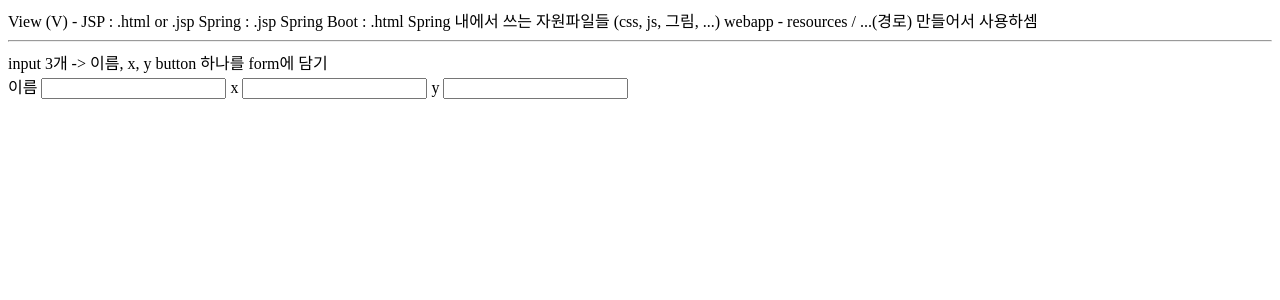
Repository: moondolph/SKKU_IT_Education
Page: http://localhost/Sep30_2_SpringMVC/WEB-INF/views/index.jsp
The author's editor kept a copy of each file at every save. The page is drawn from the files as they stood at one save, then again after the next save.
The browser window is 1280 px wide. The pictures show the whole page.
The page is served by Tomcat 9. Nobody is signed in. The template is opened directly, without the code that normally fills it, so the values that code supplies are empty.

Above is the page before, as saved 2022-09-30 01:50:47.

After the next save:
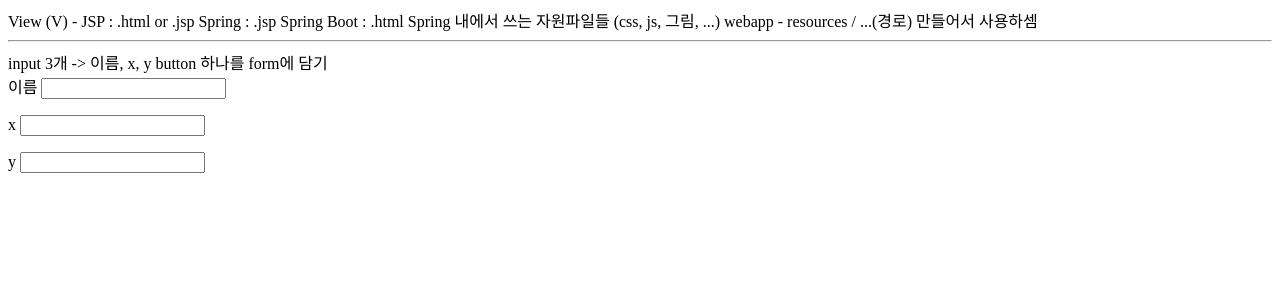
Saved 11 s later.
--- a/Sep30_2_SpringMVC/src/main/webapp/WEB-INF/views/index.jsp
+++ b/Sep30_2_SpringMVC/src/main/webapp/WEB-INF/views/index.jsp
@@ -18,9 +18,9 @@
 	input 3개 -> 이름, x, y
 	button 하나를 form에 담기
 	<form action="">
-	이름 <input name="n">
-	 x <input name="x">
-	 y <input name="y">
+	이름 <input name="n"> <p>
+	 x <input name="x"> <p>
+	 y <input name="y"> <p>
 
 	</form>
 
